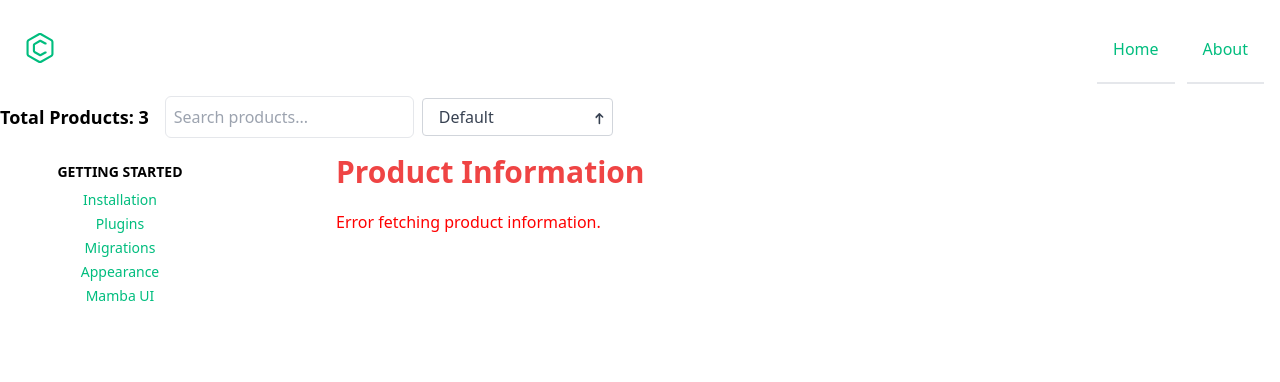
Repository: loktioncode/vectra-shop
Page: /
The author's editor kept a copy of each file at every save. The page is drawn from the files as they stood at one save, then again after the next save.
The browser window is 1280 px wide. The pictures show the whole page.
The page's requests for data from a server got no answer. The project was rebuilt for these pictures with package versions that can differ from the ones it lists, and the page was loaded fresh each time. No one was signed in, and anything a server would have sent is missing. Also part of the build but not shown: vite.config.ts, src/components/ProductCard.vue. Imported but missing from the stored project, and not drawn on this page: src/components/Counter.vue.

Above is the page before, as saved 2023-09-20 16:04:43.

After the next save:
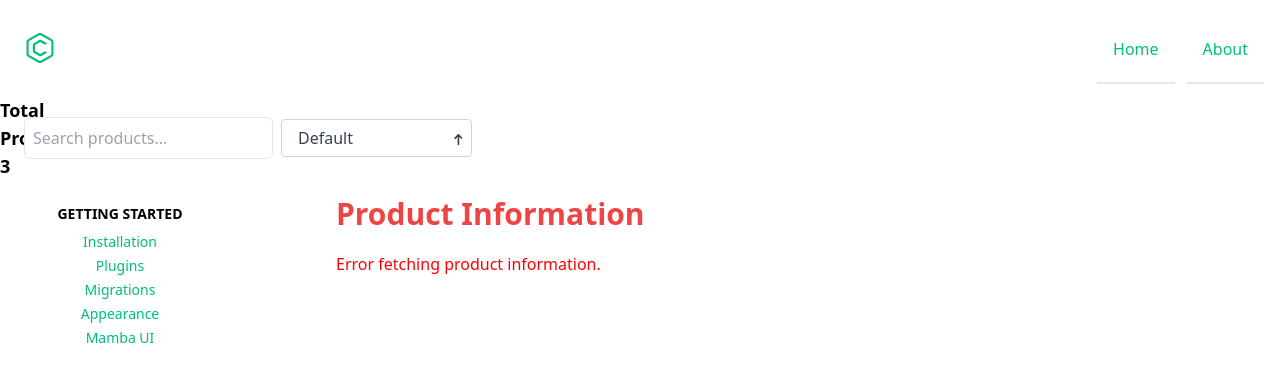
Saved 20 s later.
--- a/src/components/Filters.vue
+++ b/src/components/Filters.vue
@@ -1,7 +1,7 @@
 <template>
     <div class="flex flex-row items-center space-y-2 md:space-y-0 md:space-x-2 w-full">
       <!-- Product Count Display -->
-      <div class="text-lg font-semibold mb-2 md:mb-0">
+      <div class="text-lg font-semibold mb-2 md:mb-0 w-2">
         Total Products: {{ filteredProducts.length }}
       </div>
 
